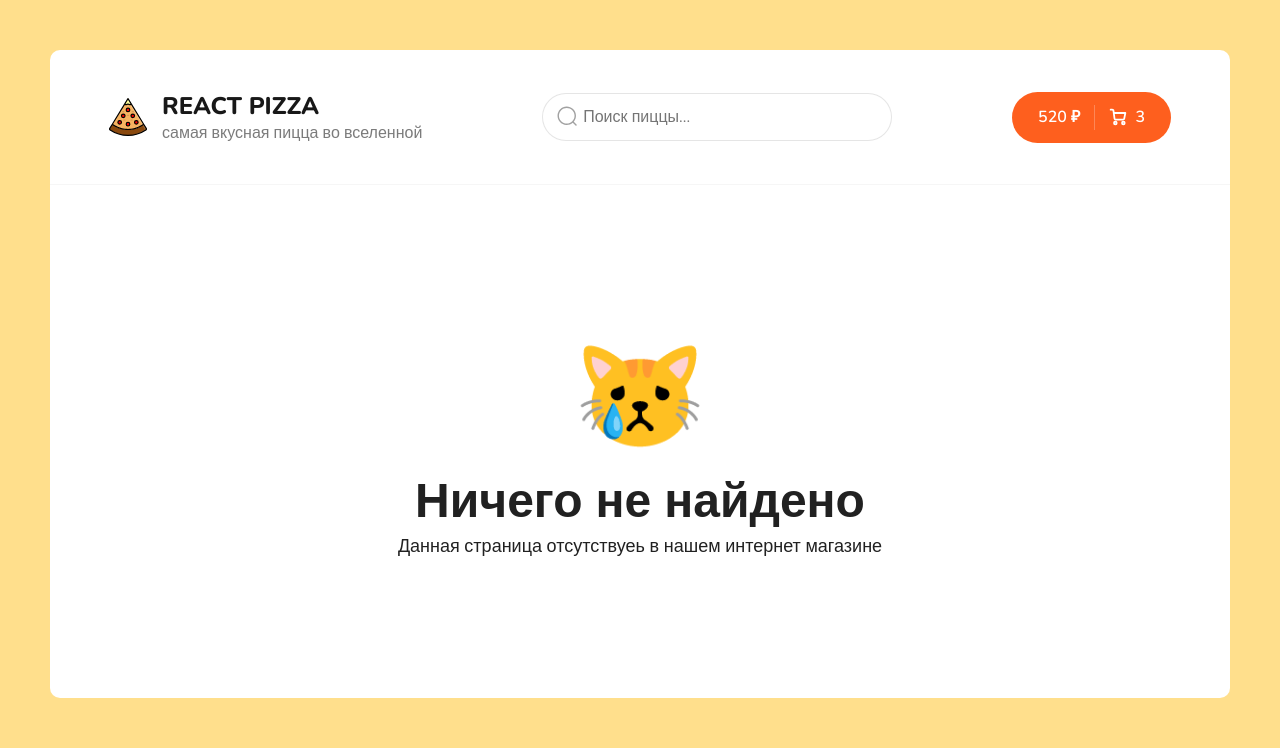
Repository: Azimich/react_pizza_ts
Page: /
An editor plug-in stored every save of this project. The page is shown before and after a run of saves, followed by the edit.
The browser window is 1280 px wide. The pictures show the whole page.
The project was rebuilt for these pictures with package versions that can differ from the ones it lists, and the page was loaded fresh each time. Also part of the build but not shown: src/components/Sort.jsx, src/components/pizzaBlock/Skeleton.jsx, src/components/PizzaBlock.jsx, src/components/Categories.jsx, src/components/pagination/Pagination.module.scss, src/components/pagination/Pagination.jsx, src/pages/Home.jsx, src/components/cartBlock/CartBlock.jsx and 1 more.

Above is the page before, as saved 2022-11-16 22:45:02.

### public/index.html
<!DOCTYPE html>
<html lang="en">
  <head>
    <meta charset="utf-8" />
    <link rel="icon" href="%PUBLIC_URL%/favicon.ico" />
    <meta name="viewport" content="width=device-width, initial-scale=1" />
    <meta name="theme-color" content="#000000" />
    <meta name="description" content="Web site created using create-react-app"/>
    <link rel="apple-touch-icon" href="%PUBLIC_URL%/logo192.png" />
    <link rel="manifest" href="%PUBLIC_URL%/manifest.json" />
    <link rel="preconnect" href="https://fonts.googleapis.com">
    <link rel="preconnect" href="https://fonts.gstatic.com" crossorigin>
    <link href="https://fonts.googleapis.com/css2?family=Nunito:wght@300;400;500;600;700;800;900;1000&display=swap" rel="stylesheet">
    <title>React App</title>
  </head>
  <body>
    <noscript>You need to enable JavaScript to run this app.</noscript>
    <div id="root"></div>
  </body>
</html>

### src/index.js
import React from 'react';
import ReactDOM from 'react-dom/client';
import App from './App';
import { BrowserRouter } from "react-router-dom";
import { store } from './redux/store';
import { Provider } from 'react-redux';


const root = ReactDOM.createRoot(document.getElementById('root'));

root.render(
  <BrowserRouter>
    <Provider store={store}>
      <App />
    </Provider>
  </BrowserRouter>
);

### src/App.js
import React from "react";
import { Routes, Route } from 'react-router-dom';

import Header from './components/Header';
import Home from './pages/Home';
import Cart from './pages/Cart';
import NotFound from './pages/NotFound';

export const SearchContext = React.createContext();

function App() {
  const [searchValue, setSearchValue] = React.useState('');

  return (
    <SearchContext.Provider value={{ searchValue, setSearchValue }}>
      <div className="wrapper">
        <Header/>
        <div className="content">
          <div className="container">
            <Routes>
              <Route path="/home" element={<Home />}/>
              <Route path="/cart" element={<Cart />}/>
              <Route path="*" element={<NotFound/>}/>
            </Routes>
          </div>
        </div>
      </div>
    </SearchContext.Provider>
  )
}

export default App;

### src/redux/store.js
import { configureStore } from '@reduxjs/toolkit';
import filter from './slices/fiterSlice';

export const store = configureStore({
  reducer: {
    filter,
  },
})

### src/components/Header.jsx
import React from 'react';
import { Link } from 'react-router-dom';
import logoSvg from '../assets/images/pizza-logo.svg';
import Search from './search';

const Header = () => {
  return (
    <div className="header">
      <div className="container">
        <Link to="/home" className="header__logo">
          <img width="38" src={logoSvg} alt="Pizza logo" />
          <div>
            <h1>React Pizza</h1>
            <p>самая вкусная пицца во вселенной</p>
          </div>
        </Link>
        <Search />
        <div className="header__cart">
          <Link to="/cart" className="button button--cart">
            <span>520 ₽</span>
            <div className="button__delimiter"></div>
            <svg
              width="18"
              height="18"
              viewBox="0 0 18 18"
              fill="none"
              xmlns="http://www.w3.org/2000/svg"
            >
              <path
                d="M6.33333 16.3333C7.06971 16.3333 7.66667 15.7364 7.66667 15C7.66667 14.2636 7.06971 13.6667 6.33333 13.6667C5.59695 13.6667 5 14.2636 5 15C5 15.7364 5.59695 16.3333 6.33333 16.3333Z"
                stroke="white"
                strokeWidth="1.8"
                strokeLinecap="round"
                strokeLinejoin="round"
              />
              <path
                d="M14.3333 16.3333C15.0697 16.3333 15.6667 15.7364 15.6667 15C15.6667 14.2636 15.0697 13.6667 14.3333 13.6667C13.597 13.6667 13 14.2636 13 15C13 15.7364 13.597 16.3333 14.3333 16.3333Z"
                stroke="white"
                strokeWidth="1.8"
                strokeLinecap="round"
                strokeLinejoin="round"
              />
              <path
                d="M4.78002 4.99999H16.3334L15.2134 10.5933C15.1524 10.9003 14.9854 11.176 14.7417 11.3722C14.4979 11.5684 14.1929 11.6727 13.88 11.6667H6.83335C6.50781 11.6694 6.1925 11.553 5.94689 11.3393C5.70128 11.1256 5.54233 10.8295 5.50002 10.5067L4.48669 2.82666C4.44466 2.50615 4.28764 2.21182 4.04482 1.99844C3.80201 1.78505 3.48994 1.66715 3.16669 1.66666H1.66669"
                stroke="white"
                strokeWidth="1.8"
                strokeLinecap="round"
                strokeLinejoin="round"
              />
            </svg>
            <span>3</span>
          </Link>
        </div>
      </div>
    </div>
  )
}

export default Header;

### src/pages/NotFound.jsx
import React from 'react';
import NotFoundBlock from '../components/notFoundBlock';

const NotFound = () => {
  return (
    <>
      <NotFoundBlock/>
    </>
  )
}

export default NotFound;

### src/redux/slices/fiterSlice.js
import { createSlice } from '@reduxjs/toolkit';

const initialState = {
  categoryId: 0,
  sort: {
    name: 'популярности',
    sortProperty: 'rating',
  }
};

const filterSlice = createSlice({
  name: 'filters',
  initialState,
  reducers: {
    setCategoryId(state, action) {
      state.categoryId = action.payload;
    },
    setSort(state, action) {
      state.sort = action.payload;
    },
  }
});

export const { setCategoryId, setSort } = filterSlice.actions;
export default filterSlice.reducer;

### src/components/search/index.jsx
import React from 'react';
import { SearchContext } from '../../App';
import styles from "./Search.module.scss";

const Search = () => {
  const {searchValue, setSearchValue} = React.useContext(SearchContext);
  const inputRef = React.useRef();

  const onClickClear = () => {
    setSearchValue('');
    document.querySelector('input').focus();
  }

  React.useEffect(() => {
    // console.log(document.querySelector('input'));
  }, []);

  console.log(inputRef);

  return (
    <div className={styles.search}>
      <input
        ref={inputRef}
        value={searchValue}
        type="text"
        placeholder="Поиск пиццы..."
        onChange={event => setSearchValue(event.target.value)}
      />
      <svg
        className={styles.search}
        width="30"
        height="30"
        viewBox="0 0 30 30"
        fill="none"
        xmlns="http://www.w3.org/2000/svg">
        <g clipPath="url(#clip0_22_237)">
          <path d="M25.1338 23.6291L29.2949 27.7882C29.4891 27.9892 29.5964 28.2582 29.594 28.5375C29.5915 28.8169 29.4795 29.0841 29.282 29.2816C29.0845 29.4791 28.8172 29.5912 28.538 29.5936C28.2585 29.5961 27.9895 29.4886 27.7886 29.2946L23.6274 25.1333C20.9081 27.4631 17.3921 28.6492 13.8172 28.4425C10.2424 28.2359 6.88657 26.6527 4.45387 24.0251C2.02117 21.3975 0.700742 17.9298 0.769658 14.3496C0.838573 10.7695 2.29147 7.35515 4.8235 4.82312C7.35551 2.29111 10.7698 0.838207 14.35 0.769292C17.9301 0.700376 21.3978 2.02081 24.0254 4.45351C26.653 6.88621 28.2362 10.2421 28.4429 13.8169C28.6495 17.3918 27.4635 20.9077 25.1338 23.6269V23.6291ZM14.6167 26.3351C17.7247 26.3351 20.7054 25.1005 22.9031 22.9027C25.1008 20.7051 26.3354 17.7243 26.3354 14.6163C26.3354 11.5083 25.1008 8.52761 22.9031 6.32992C20.7054 4.13223 17.7247 2.89757 14.6167 2.89757C11.5087 2.89757 8.52798 4.13223 6.33029 6.32992C4.1326 8.52761 2.89795 11.5083 2.89795 14.6163C2.89795 17.7243 4.1326 20.7051 6.33029 22.9027C8.52798 25.1005 11.5087 26.3351 14.6167 26.3351Z" fill="#454545"/>
        </g>
        <defs>
          <clipPath id="clip0_22_237">
            <rect width="30" height="30" fill="white"/>
          </clipPath>
        </defs>
      </svg>
      { searchValue &&
        <svg
          onClick={onClickClear}
          className={styles.clear}
          width="16"
          height="16"
          viewBox="0 0 16 16"
          fill="none"
          xmlns="http://www.w3.org/2000/svg"
        >
          <path
            fillRule="evenodd"
            clipRule="evenodd"
            d="M7.99931 8.97428L13.0242 14L14 13.0257L8.9737 8L14 2.97565L13.0256 2L7.99931 7.02572L2.97439 2L2 2.97565L7.02492 8L2 13.0243L2.97439 14L7.99931 8.97428Z"
            fill="#505050"
          />
        </svg>
      }
    </div>
  )
}

export default Search;

### src/scss/app.scss
@import './variables';
@import './libs/normalize';
@import './components/all';

body {
  background-color: $background;
  font-family: 'Nunito', sans-serif;
}

.wrapper {
  width: calc(100vw - 100px);
  height: 100%;
  background-color: #fff;
  margin: 50px auto;
  border-radius: 10px;
  max-width: 1400px;
  overflow: hidden;
  @media (max-width: 1024px) {
    width: calc(100vw - 15px);
    margin: 10px auto;
  }
}

.content {
  padding: 40px 0;

  &__title {
    margin: 35px 0;
    font-size: 40px;
    font-weight: 700;
  }

  &__items {
    display: grid;
    grid-template-columns: repeat(4, 1fr);
    grid-template-rows: repeat(2, 1fr);
    grid-column-gap: 20px;
    grid-row-gap: 20px;
    @media (max-width: 1410px) {
      grid-template-columns: repeat(3, 1fr);
    }
    @media (max-width: 1100px) {
      grid-template-columns: repeat(2, 1fr);
    }
    @media (max-width: 786px) {
      grid-template-columns: repeat(1, 1fr);
    }
  }

  &__top {
    display: flex;
    align-items: center;
    justify-content: space-between;
    @media (max-width: 1260px) {
      flex-direction: column-reverse;
    }
  }
}

.container {
  width: $container-width;
  margin: 0 auto;

  &--cart {
    max-width: 820px;
    margin: 90px auto;
    .content__title {
      margin: 0;
    }
  }
}

.cart {
  &__top {
    display: flex;
    justify-content: space-between;
    align-items: center;
  }

  .content__title {
    display: flex;
    align-items: center;
    font-size: 32px;

    svg {
      position: relative;
      top: -2px;
      width: 30px;
      height: 30px;
      margin-right: 10px;
      path {
        stroke: $black;
        stroke-width: 1.9;
      }
    }
  }

  &__clear {
    display: flex;
    align-items: center;
    cursor: pointer;
    @include noselect();

    span {
      display: inline-block;
      margin-left: 7px;
      color: #b6b6b6;
      font-size: 18px;
    }

    span,
    svg,
    path {
      transition: all $duration ease-in-out;
    }

    &:hover {
      svg {
        path {
          stroke: darken($color: #b6b6b6, $amount: 50);
        }
      }
      span {
        color: darken($color: #b6b6b6, $amount: 50);
      }
    }
  }

  &__item {
    display: flex;
    width: 100%;
    border-top: 1px solid $gray-line;
    padding-top: 30px;
    margin-top: 30px;

    &-img {
      display: flex;
      align-items: center;
      margin-right: 15px;
      width: 10%;

      img {
        width: 80px;
        height: 80px;
      }
    }

    &-info {
      display: flex;
      flex-direction: column;
      justify-content: center;
      width: 40%;

      h3 {
        font-weight: bold;
        font-size: 22px;
        line-height: 27px;
        letter-spacing: 0.01em;
      }

      p {
        font-size: 18px;
        color: #8d8d8d;
      }
    }

    &-count {
      display: flex;
      align-items: center;
      justify-content: space-between;
      width: 13%;

      &-minus {
        svg {
          path:first-of-type {
            display: none;
          }
        }
      }

      b {
        font-size: 22px;
      }
    }

    &-price {
      display: flex;
      align-items: center;
      justify-content: center;
      width: 33%;

      b {
        font-weight: bold;
        font-size: 22px;
        letter-spacing: 0.01em;
      }
    }

    &-remove {
      display: flex;
      align-items: center;
      justify-content: flex-end;
      width: 4%;

      .button {
        border-color: darken($color: $gray-line, $amount: 10);
      }

      svg {
        transform: rotate(45deg);

        path {
          fill: darken($color: $gray-line, $amount: 15);
        }
      }

      .button {
        svg {
          width: 11.5px;
          height: 11.5px;
          position: relative;
        }
        &:hover,
        &:active {
          border-color: darken($color: $gray-line, $amount: 80);
          background-color: darken($color: $gray-line, $amount: 80);
        }
      }
    }
  }

  &__bottom {
    margin: 50px 0;

    &-details {
      display: flex;
      justify-content: space-between;

      span {
        font-size: 22px;

        &:last-of-type {
          b {
            color: $orange;
          }
        }
      }
    }

    &-buttons {
      display: flex;
      justify-content: space-between;
      margin-top: 40px;

      .go-back-btn {
        display: flex;
        align-items: center;
        justify-content: center;
        width: 210px;

        border-color: darken($color: $gray-line, $amount: 10);

        span {
          color: darken($color: $gray-line, $amount: 20);
          font-weight: 500;
          font-weight: 600;
        }

        &:hover {
          background-color: darken($color: $gray-line, $amount: 90);
          border-color: darken($color: $gray-line, $amount: 90);

          span {
            color: $gray-line;
          }
        }

        svg {
          margin-right: 12px;
          path {
            fill: transparent;
            stroke-width: 2;
          }
        }
      }

      .pay-btn {
        font-size: 16px;
        font-weight: 600;
        width: 210px;
        padding: 16px;
      }
    }
  }

  &--empty {
    margin: 0 auto;
    width: 560px;
    text-align: center;

    h2 {
      font-size: 32px;
      margin-bottom: 10px;
    }

    p {
      font-size: 18px;
      line-height: 145.4%;
      letter-spacing: 0.01em;
      color: #777777;
    }

    icon {
      position: relative;
      top: 2px;
    }

    img {
      display: block;
      width: 300px;
      margin: 45px auto 60px;
    }

    .button--black {
      padding: 12px 0 14px;
      width: 230px;
      margin: 0 auto;
      font-weight: 600;
      font-size: 18px;
    }
  }
}

### src/components/notFoundBlock/index.jsx
import React from 'react';
import styles from './NotFoundBlock.module.scss';
console.log(styles);

const NotFoundBlock = () => {
  return (
    <div className={styles.root}>
      <h1>
        <span>😿</span>
        <br/>
        Ничего не найдено
      </h1>
      <p>Данная страница отсутствуеь в нашем интернет магазине</p>
    </div>
  )
}

export default NotFoundBlock;

### src/components/search/Search.module.scss
.search {
  position: relative;
  width: 350px;
  input {
    width: 100%;
    border: 1px solid rgba(0, 0, 0, 0.1);
    padding: 12px 38px 12px 40px;
    background-color: #fff;
    border-radius: 50px;
    font-size: 16px;
    transition: all 0.3s;
    &:focus {
      border: 1px solid orangered;
      color: orangered;
    }
  }

  .search {
    width: 20px;
    height: 20px;
    opacity: .5;
    position: absolute;
    left: 15px;
    top: 13px;
  }

  .clear {
    width: 18px;
    height: 18px;
    opacity: 0.5;
    position: absolute;
    right: 14px;
    top: 15px;
    transition: all 0.3s;
    &:hover {
      opacity: 1;
      cursor: pointer;
    }
  }
}

### src/scss/libs/_normalize.scss
* {
  padding: 0;
  margin: 0;
  list-style: none;
  outline: none;
  box-sizing: border-box;
  font-family: 'Nunito', sans-serif;
}

html {
  -ms-text-size-adjust: 100%;
  -webkit-text-size-adjust: 100%;
}

body {
  -moz-osx-font-smoothing: grayscale;
  -webkit-font-smoothing: antialiased;
  color: $black;
}

a,
span,
p,
b,
h1,
h2,
h3,
h4,
h5 {
  color: $black;
}

h1 {
  font-size: 48px;
}

h2 {
  font-weight: 600;
  font-size: 28px;
  line-height: 30px;
}

a {
  text-decoration: none;
}

@mixin noselect {
  -webkit-touch-callout: none; /* iOS Safari */
  -webkit-user-select: none; /* Safari */
  -khtml-user-select: none; /* Konqueror HTML */
  -moz-user-select: none; /* Old versions of Firefox */
  -ms-user-select: none; /* Internet Explorer/Edge */
  user-select: none; /* Non-prefixed version, currently
                                  supported by Chrome, Opera and Firefox */
}

### src/scss/components/_all.scss
@import '../components/header';
@import '../components/button';
@import '../components/categories';
@import '../components/sort';
@import '../components/pizza-block';

### src/scss/components/_header.scss
@import '../variables';

.header {
  border-bottom: 1px solid $gray-line;
  padding: 40px 0;

  .container {
    display: flex;
    align-items: center;
    justify-content: space-between;
    @media (max-width: 700px) {
      flex-direction: column-reverse;
    }
  }

  &__logo {
    display: flex;
    @media (max-width: 700px) {
      margin-top: 20px;
    }

    img {
      margin-right: 15px;
    }

    h1 {
      color: #181818;
      font-size: 24px;
      letter-spacing: 1%;
      text-transform: uppercase;
      font-weight: 800;
    }

    p {
      color: #7b7b7b;
    }
  }
}

### src/scss/components/_button.scss
@import '../variables';

.button {
  display: inline-block;
  background-color: $orange;
  border-radius: 30px;
  padding: 10px 20px;
  min-width: 100px;
  text-align: center;
  cursor: pointer;
  transition: background-color $duration ease-in-out, border-color $duration ease-in-out;
  border: 1px solid transparent;
  @include noselect();

  &,
  span {
    color: #fff;
  }

  i,
  span,
  path,
  svg {
    transition: all $duration ease-in-out;
  }

  &:hover {
    background-color: darken($orange, 8%);
  }

  &:active {
    background-color: darken($orange, 12%);
    transform: translateY(1px);
  }

  &--circle {
    display: flex;
    align-items: center;
    justify-content: center;
    width: 32px;
    height: 32px;
    min-width: 32px;
    padding: 0;
    border-width: 2px;
  }

  &--black {
    background-color: $black;

    &:hover,
    &:active {
      background-color: lighten($color: $black, $amount: 10);
    }
  }

  &--outline {
    background-color: #fff;
    border-color: $orange;
    &,
    span {
      color: $orange;
    }

    svg {
      path {
        fill: $orange;
      }
    }

    &:hover {
      background-color: $orange;

      &,
      span {
        color: #fff;
      }

      svg {
        path {
          fill: #fff;
        }
      }
    }

    &:active {
      background-color: darken($orange, 8%);
    }
  }

  &__delimiter {
    width: 1px;
    height: 25px;
    background-color: rgba(255, 255, 255, 0.25);
    margin-left: 14px;
    margin-right: 14px;
  }

  &--add {
    svg {
      margin-right: 2px;
    }

    span {
      font-weight: 600;
      font-size: 16px;
    }

    &:hover {
      i {
        background-color: #fff;
        color: $orange;
      }
    }

    i {
      display: inline-block;
      border-radius: 30px;
      background-color: $orange;
      color: #fff;
      font-weight: 600;
      width: 22px;
      height: 22px;
      font-style: normal;
      font-size: 13px;
      line-height: 22px;
      position: relative;
      top: -1px;
      left: 3px;
    }
  }

  &--cart {
    display: flex;
    align-items: center;
    line-height: 23px;
    padding: 12px 25px;

    svg {
      margin-right: 8px;
      margin-bottom: 1px;
    }

    span {
      font-weight: 600;
      font-size: 16px;
    }
  }
}

### src/scss/components/_categories.scss
@import '../variables';

.categories {
  @media (max-width: 1280px) {
    width: 95%;
    padding: 0 10px;
    overflow-x: scroll;
  }

  ul {
    display: flex;

    li {
      background-color: #f9f9f9;
      padding: 13px 30px;
      border-radius: 30px;
      margin-right: 10px;
      font-weight: bold;
      cursor: pointer;
      transition: background-color 0.1s ease-in-out;
      @include noselect();

      &:hover {
        background-color: darken(#f9f9f9, 2%);
      }

      &:active {
        background-color: darken(#f9f9f9, 5%);
      }

      &.active {
        background-color: #282828;
        color: #fff;
      }

      @media (max-width: 600px) {
        padding: 8px 12px;
      }
    }
  }
}

### src/scss/components/_sort.scss
@import '../variables';

.sort {
  position: relative;
  @media (max-width: 1260px) {
    margin-bottom: 30px;
  }

  &__label {
    display: flex;
    align-items: center;

    svg {
      margin-right: 8px;
    }

    b {
      margin-right: 8px;
      @media (max-width: 1280px) {
        display: none;
      }
    }

    span {
      color: $orange;
      border-bottom: 1px dashed $orange;
      cursor: pointer;
    }
  }

  &__popup {
    position: absolute;
    right: 0;
    margin-top: 15px;
    background: #ffffff;
    box-shadow: 0px 5px 15px rgba(0, 0, 0, 0.09);
    border-radius: 10px;
    overflow: hidden;
    padding: 10px 0;
    width: 250px;
    @media (max-width: 1260px) {
      margin-top: 0;
    }

    ul {
      overflow: hidden;
      li {
        padding: 12px 20px;
        cursor: pointer;

        &.active,
        &:hover {
          background: rgba(254, 95, 30, 0.05);
        }

        &.active {
          font-weight: bold;
          color: $orange;
        }
      }
    }
  }
}

### src/scss/components/_pizza-block.scss
@import '../variables';

.pizza__block__wrapper {
  display: flex;
  justify-content: center;
}

.pizza-block {
  width: 280px;
  text-align: center;
  margin-bottom: 25px;

  &__image {
    width: 260px;
  }

  &__title {
    font-size: 20px;
    font-weight: 900;
    letter-spacing: 1%;
    margin-bottom: 20px;
  }

  &__selector {
    display: flex;
    background-color: #f3f3f3;
    border-radius: 10px;
    flex-direction: column;
    padding: 6px;

    ul {
      display: flex;
      flex: 1;

      &:first-of-type {
        margin-bottom: 6px;
      }

      li {
        padding: 8px;
        flex: 1;
        cursor: pointer;
        font-weight: 600;
        font-size: 14px;
        @include noselect();
        &.active {
          background: #ffffff;
          box-shadow: 0px 2px 4px rgba(0, 0, 0, 0.04);
          border-radius: 5px;
          cursor: auto;
        }
      }
    }
  }

  &__bottom {
    display: flex;
    align-items: center;
    justify-content: space-between;
    margin-top: 20px;
  }

  &__price {
    font-weight: bold;
    font-size: 22px;
    line-height: 27px;
    letter-spacing: 0.015em;
  }
}

### src/components/notFoundBlock/NotFoundBlock.module.scss
.root {
  padding: 100px;
  text-align: center;

  span {
    font-size: 105px;
  }

  h1 {
    color: #212121;
  }

  p {
    font-size: 18px;
    color: #212121;
  }
}

Loaded but not shown: src/scss/_variables.scss (common file)

After the next 8 saves:
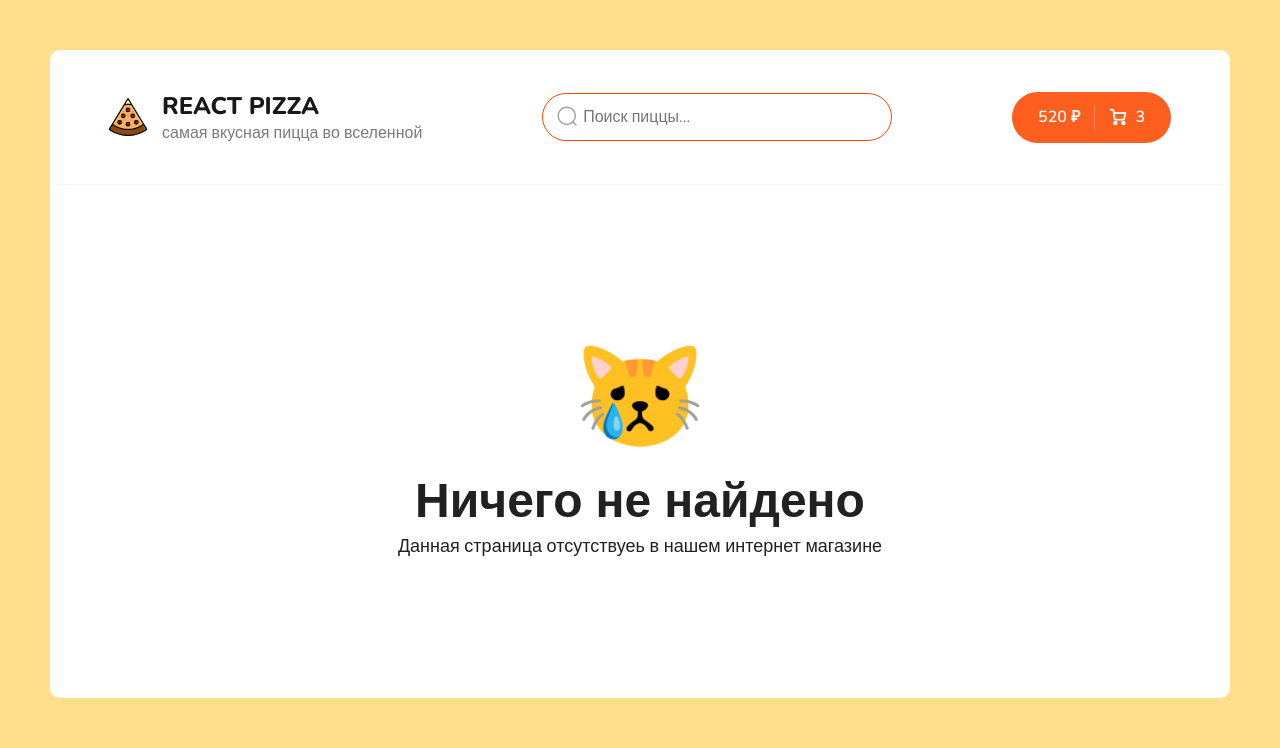
The 8 saves are shown as one change because 1 did not build or start and some came seconds apart.
The last was saved 72 s later.
--- a/src/components/search/index.jsx
+++ b/src/components/search/index.jsx
@@ -12,7 +12,7 @@ const Search = () => {
   }
 
   React.useEffect(() => {
-    // console.log(document.querySelector('input'));
+    inputRef.current.focus();
   }, []);
 
   console.log(inputRef);
